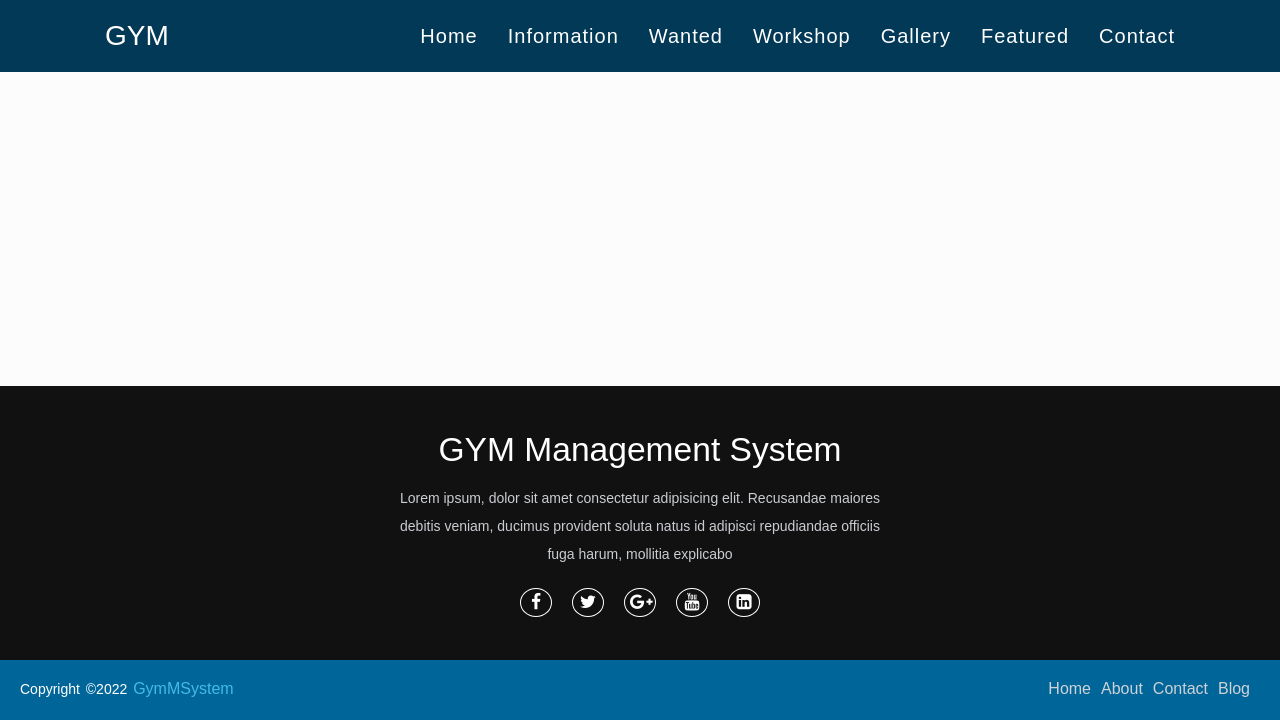
Repository: mcleanka/gym-management-system
Page: index.html
The author's editor kept a copy of each file at every save. The page is drawn from the files as they stood at one save, then again after the next save.
The browser window is 1280 px wide. The pictures show the whole page.

Above is the page before, as saved 2022-07-01 17:12:26.

### index.html
<!DOCTYPE html>
<html lang="en">

<head>
	<meta charset="UTF-8">
	<meta http-equiv="X-UA-Compatible" content="IE=edge">
	<meta name="viewport" content="width=device-width, initial-scale=1.0">
	<title>Home | Gym Management System</title>
	<link rel="stylesheet" href="https://cdnjs.cloudflare.com/ajax/libs/font-awesome/4.7.0/css/font-awesome.min.css">
	<link rel="stylesheet" href="css/style.css">
	<script src="js/app.js"></script>
</head>

<body>
	<div class="container">
		<div class="wrapper">

			<header id="header">
				<div class="container">
					<div class="header_left">
						<a class="logo" href="#">GYM</a>
					</div>
					<div class="header_right">
						<a href="#!" class="nav_ico">Menu</a>
						<nav class="main_nav">
							<ul>
								<li><a href="#">Home</a></li>
								<li><a href="#">Information</a></li>
								<li><a href="#">Wanted</a></li>
								<li><a href="#">Workshop</a></li>
								<li><a href="#">Gallery</a></li>
								<li><a href="#">Featured</a></li>
								<li><a href="#">Contact</a></li>
							</ul>
						</nav>
					</div>
				</div>
			</header>

			<main>

			</main>


			<footer>
				<div class="footer-content">
					<h3>GYM Management System</h3>
					<p>
						Lorem ipsum, dolor sit amet consectetur adipisicing elit. Recusandae maiores debitis veniam,
						ducimus provident soluta natus id adipisci repudiandae officiis fuga harum, mollitia explicabo
					</p>
					<ul class="socials">
						<li><a href="#"><i class="fa fa-facebook"></i></a></li>
						<li><a href="#"><i class="fa fa-twitter"></i></a></li>
						<li><a href="#"><i class="fa fa-google-plus"></i></a></li>
						<li><a href="#"><i class="fa fa-youtube"></i></a></li>
						<li><a href="#"><i class="fa fa-linkedin-square"></i></a></li>
					</ul>
				</div>
				<div class="footer-bottom">
					<p>copyright &copy;2022 <a href="#">GymMSystem</a> </p>
					<div class="footer-menu">
						<ul class="f-menu">
							<li><a href="">Home</a></li>
							<li><a href="">About</a></li>
							<li><a href="">Contact</a></li>
							<li><a href="">Blog</a></li>
						</ul>
					</div>
				</div>

			</footer>
		</div>
	</div>
</body>

</html>

### css/style.css
     * {
     	margin: 0;
     	padding: 0;
     	box-sizing: border-box;
     }

     *,
     *:after,
     *:before {
     	box-sizing: border-box;
     }

     a {
     	text-decoration: none;
     }

     body {
     	background: #fcfcfc;
     	font-family: sans-serif;
     }

     #header {
     	padding: 20px 10px;
     	display: flex;
     	align-items: center;
     	justify-content: space-between;
     	background: #023957;
     	position: fixed;
     	left: 0;
     	top: 0;
     	width: 100%;
     }

     .container {
     	max-width: 1100px;
     	width: 100%;
     	margin: 0 auto;
     	padding: 0 15px;
     	display: flex;
     	align-items: center;
     	justify-content: space-between;
     }


     .logo {
     	font-size: 28px;
     	color: white;
     }

     .nav_ico {
     	display: block;
     	padding: 4px 7px;
     	color: white;
     	border: 2px solid white;
     	cursor: pointer;
     }

     .nav_ico:hover {
     	background: white;
     	color: black;
     }

     .main_nav {
     	float: right;
     }

     .main_nav ul {
     	margin: 0;
     	padding: 0px;
     	list-style: none;
     }

     .main_nav ul li {
     	float: left;
     	margin: 0 0 0 30px;
     	position: relative;
     	font-size: 20px;
     	letter-spacing: 1px;
     	font-weight: 300;
     	overflow: hidden;
     }

     .main_nav ul li a {
     	color: white;
     	display: block;
     	line-height: 1.4;
     	text-decoration: none;
     }

     .main_nav ul li a:before {
     	content: "";
     	position: absolute;
     	left: 100%;
     	top: 0;
     	height: 2px;
     	width: 100%;
     	background: #d4e706;
     	transition: all 0.3s ease-in-out;
     }

     .main_nav ul li a:after {
     	content: "";
     	position: absolute;
     	right: 100%;
     	bottom: 0;
     	height: 2px;
     	width: 100%;
     	background: #d4e706;
     	transition: all 0.3s ease-in-out;
     }

     .main_nav ul li:hover a:before {
     	left: 0;
     }

     .main_nav ul li:hover a:after {
     	right: 0;
     }

     @media only screen and (min-width:768px) and (max-width:991px) {
     	.main_nav ul li {
     		margin: 0 0 0 15px;
     		font-size: 16px;
     	}

     }

     @media screen and (min-width: 768px) {
     	.nav_ico {
     		display: none;
     	}
     }

     @media screen and (max-width: 767px) {
     	.nav_ico {
     		display: block;
     		position: relative;
     		z-index: 10;

     	}

     	.main_nav {
     		position: fixed;
     		left: 0;
     		top: 70px;
     		padding: 0;
     		background: #032c43;
     		z-index: 5;
     		height: calc(100vh - 74px);
     		width: calc(100% - 80px);
     		transition: all 0.3s ease-out;
     		transform: translateX(-100%);
     	}

     	.main_nav ul li {
     		float: none;
     		margin: 0 !important;
     		padding: 0 !important;
     		border-bottom: 1px solid;
     		text-align: center;
     	}

     	.main_nav ul li a {
     		display: block;
     		color: #fff;
     		padding: 15px;
     	}

     	.main_nav:after {
     		content: "";
     		position: absolute;
     		left: 100%;
     		top: 0;
     		height: 100%;
     		width: 0;
     		background: rgba(0, 0, 0, 0.7);
     	}

     	.main_nav.active {
     		transform: translateX(0%);
     	}

     	.main_nav.active:after {
     		width: 1000%;
     	}

     }



     footer {
     	position: absolute;
     	bottom: 0;
     	left: 0;
     	right: 0;
     	background: #111;
     	height: auto;
     	width: 100vw;

     	padding-top: 40px;
     	color: #fff;
     }

     .footer-content {
     	display: flex;
     	align-items: center;
     	justify-content: center;
     	flex-direction: column;
     	text-align: center;
     }

     .footer-content h3 {
     	font-size: 2.1rem;
     	font-weight: 500;
     	text-transform: capitalize;
     	line-height: 3rem;
     }

     .footer-content p {
     	max-width: 500px;
     	margin: 10px auto;
     	line-height: 28px;
     	font-size: 14px;
     	color: #cacdd2;
     }

     .socials {
     	list-style: none;
     	display: flex;
     	align-items: center;
     	justify-content: center;
     	margin: 1rem 0 3rem 0;
     }

     .socials li {
     	margin: 0 10px;
     }

     .socials a {
     	text-decoration: none;
     	color: #fff;
     	border: 1.1px solid white;
     	padding: 5px;

     	border-radius: 50%;

     }

     .socials a i {
     	font-size: 1.1rem;
     	width: 20px;


     	transition: color .4s ease;

     }

     .socials a:hover i {
     	color: aqua;
     }

     .footer-bottom {
     	background: #006699;
     	width: 100vw;
     	padding: 20px;
     	padding-bottom: 40px;
     	text-align: center;
     }

     .footer-bottom p {
     	float: left;
     	font-size: 14px;
     	word-spacing: 2px;
     	text-transform: capitalize;
     }

     .footer-bottom p a {
     	color: #44bae8;
     	font-size: 16px;
     	text-decoration: none;
     }

     .footer-bottom span {
     	text-transform: uppercase;
     	opacity: .4;
     	font-weight: 200;
     }

     .footer-menu {
     	float: right;

     }

     .footer-menu ul {
     	display: flex;
     }

     .footer-menu ul li {
     	padding-right: 10px;
     	display: block;
     }

     .footer-menu ul li a {
     	color: #cfd2d6;
     	text-decoration: none;
     }

     .footer-menu ul li a:hover {
     	color: #27bcda;
     }

     @media (max-width:500px) {
     	.footer-menu ul {
     		display: flex;
     		margin-top: 10px;
     		margin-bottom: 20px;
     	}
     }

### js/app.js
/* Toggle between adding and removing the "responsive" class to topnav when the user clicks on the icon */
function myFunction() {
	var x = document.getElementById("myTopnav");
	if (x.className === "topnav") {
		x.className += " responsive";
	} else {
		x.className = "topnav";
	}
}

/* $(document).ready(function () {

	$(".nav_ico").click(function () {
		$(".main_nav").toggleClass("active");
	});

	$(".main_nav").click(function () {
		$(this).removeClass("active");
	});

	$(".main_nav ul").click(function (event) {
		event.stopImmediatePropagation();
	});

}); */

After the next save:
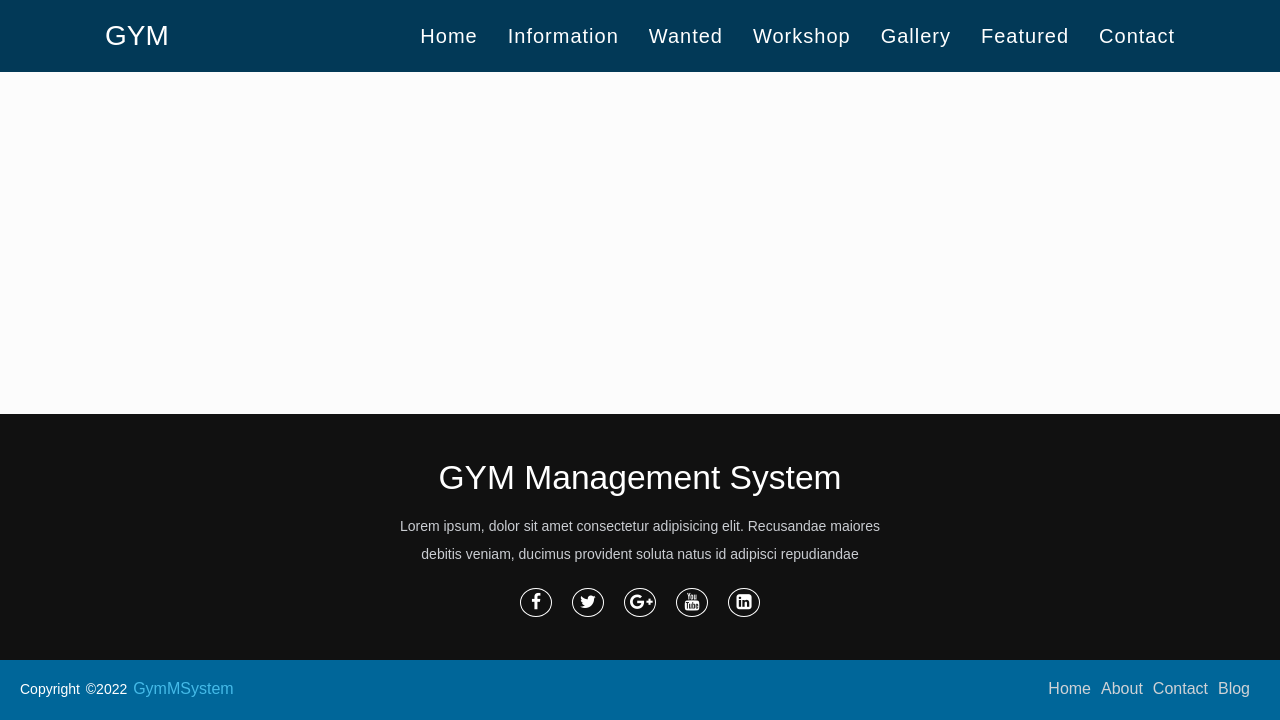
Saved 6 s later.
--- a/index.html
+++ b/index.html
@@ -47,7 +47,7 @@
 					<h3>GYM Management System</h3>
 					<p>
 						Lorem ipsum, dolor sit amet consectetur adipisicing elit. Recusandae maiores debitis veniam,
-						ducimus provident soluta natus id adipisci repudiandae officiis fuga harum, mollitia explicabo
+						ducimus provident soluta natus id adipisci repudiandae
 					</p>
 					<ul class="socials">
 						<li><a href="#"><i class="fa fa-facebook"></i></a></li>
